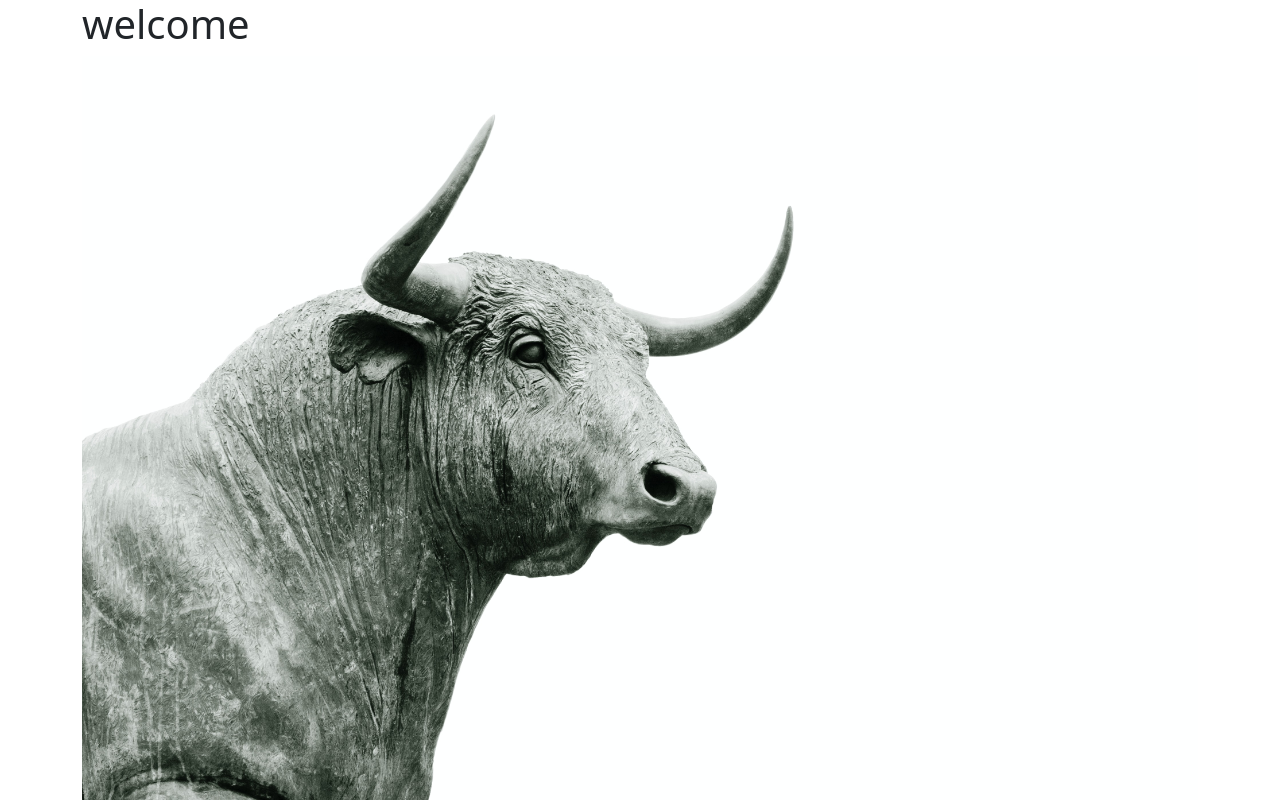
Repository: jmokate/stock-trading-app
Page: /
An editor plug-in stored every save of this project. The page is shown before and after the next save, followed by the edit.
The browser window is 1280 px wide. The pictures show the whole page.
The project was rebuilt for these pictures with package versions that can differ from the ones it lists, and the page was loaded fresh each time. Also part of the build but not shown: src/App.css.

Above is the page before, as saved 2021-09-14 17:26:55.

### src/App.js
import './App.css';
import SplashPage from './SplashPage.js';

function App() {
  return (
    <div>
      <SplashPage />
    </div>
  );
}

export default App;

### src/SplashPage.js
import React from "react";
import './App.css';
import 'bootstrap/dist/css/bootstrap.min.css';
import {Container} from 'react-bootstrap';
import bull from "./images/bull.jpg";


function SplashPage() {
  return (
    <div>
      <Container>
          <h1>welcome</h1>
          <img src={bull} alt="bull" class="img-fluid" />


      </Container>

    </div>
  )
}

export default SplashPage

Loaded but not shown: public/index.html (common file); src/index.js (common file); src/index.css (common file); src/reportWebVitals.js (common file)

After the next save:
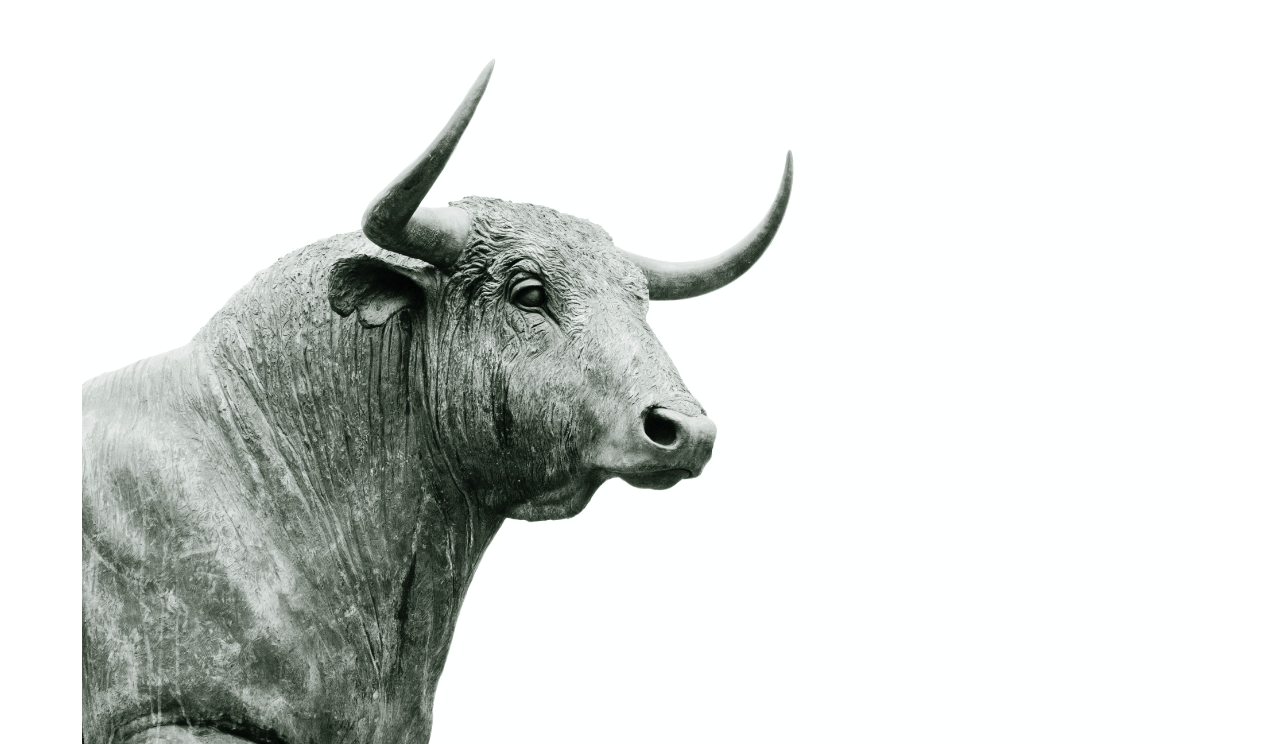
Saved 15 s later.
--- a/src/SplashPage.js
+++ b/src/SplashPage.js
@@ -9,7 +9,7 @@
   return (
     <div>
       <Container>
-          <h1>welcome</h1>
+
           <img src={bull} alt="bull" class="img-fluid" />
 
 
